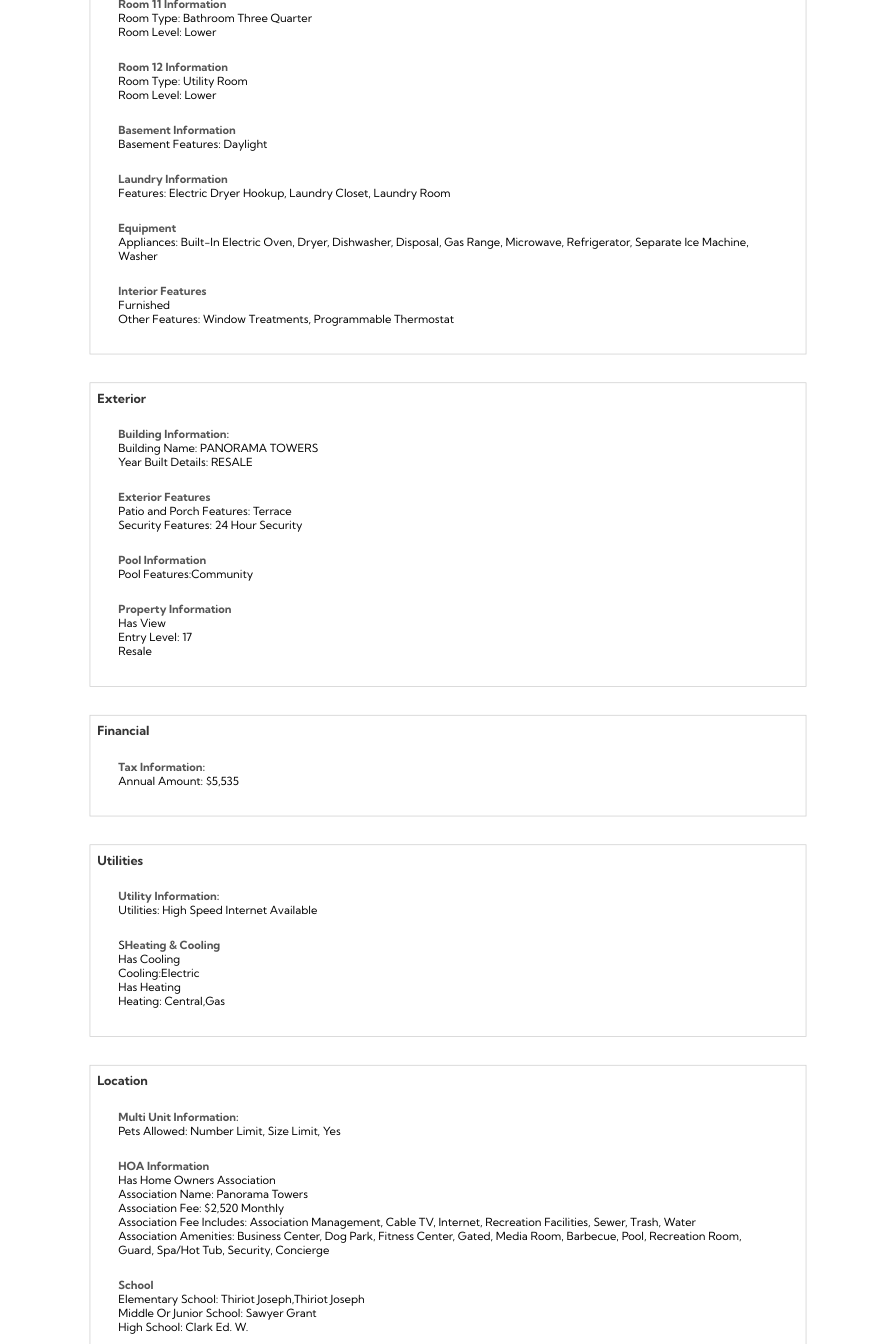
Repository: MrAllin1/ProgWWW_23_Gr1
Page: pages/House1.html
The author's editor kept a copy of each file at every save. The page is drawn from the files as they stood at one save, then again after the next save.
The browser window is 1280 px wide. The pictures show the part of the page from y = 2775 to 4695 px (the page is 5787 px tall before and 5867 px after), at 70% of full size.
A picture or video elsewhere on the page could not be fetched, so the positions and the page height are approximate. Some web libraries are served in a nearby version.

Above is the page before, as saved 2024-01-11 07:53:48.

After the next save:
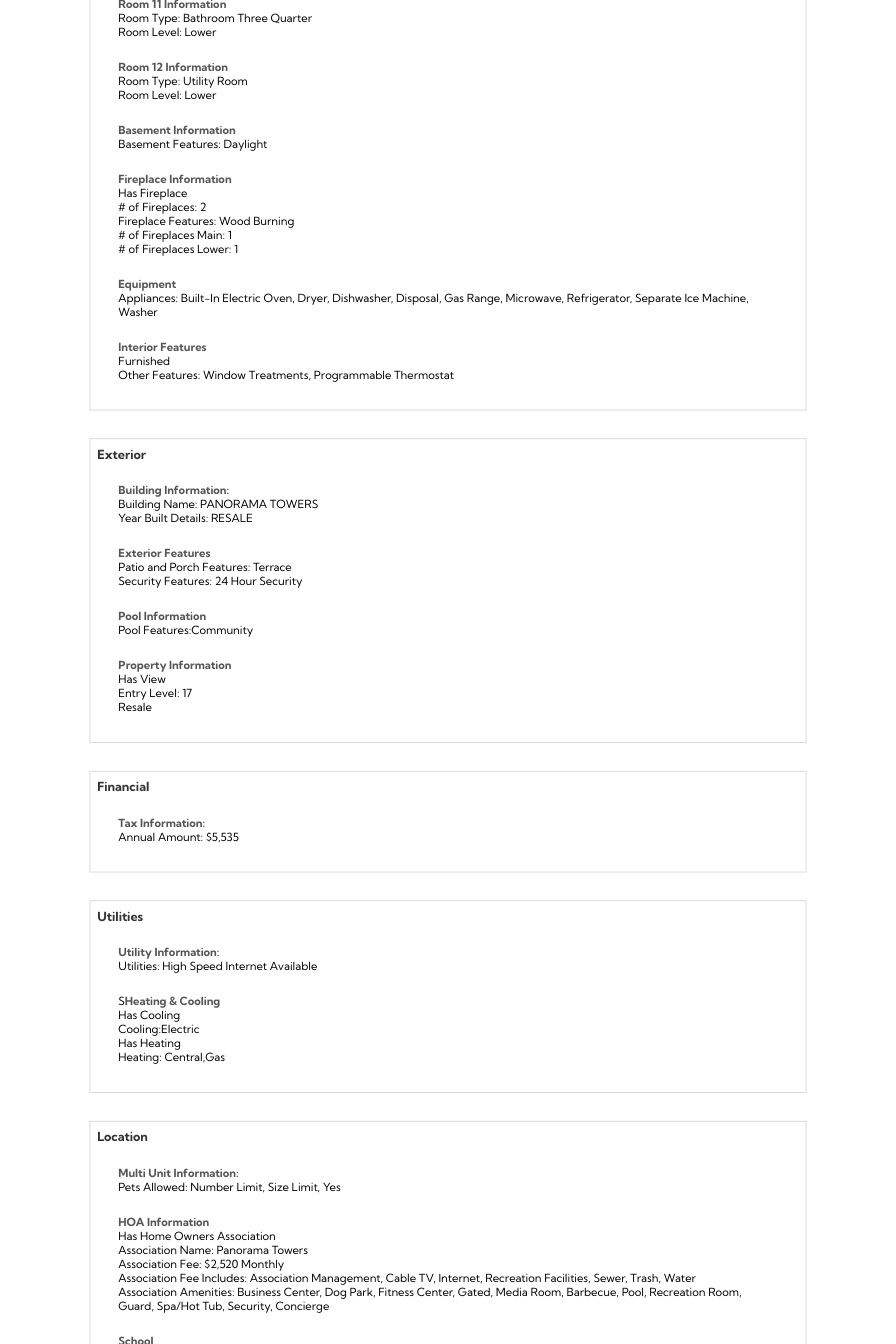
Saved 104 s later.
--- a/pages/House1.html
+++ b/pages/House1.html
@@ -138,8 +138,7 @@
                         <li><strong>Room 11 Information</strong></br> Room Type: Bathroom Three Quarter </br>Room Level: Lower</li>
                         <li><strong>Room 12 Information</strong></br> Room Type: Utility Room</br>Room Level: Lower</li>
                         <li><strong>Basement Information</strong> </br>Basement Features: Daylight</li>
-
-                        <li><strong>Laundry Information</strong></br> Features: Electric Dryer Hookup, Laundry Closet, Laundry Room</li>
+                        <li><strong>Fireplace Information</strong></br> Has Fireplace</br> # of Fireplaces: 2</br>Fireplace Features: Wood Burning</br> # of Fireplaces Main: 1</br> # of Fireplaces Lower: 1</li>
                         <li><strong>Equipment</strong></br> Appliances: Built-In Electric Oven, Dryer, Dishwasher, Disposal, Gas Range, Microwave, Refrigerator, Separate Ice Machine, Washer</li>
                         <li><strong>Interior Features</strong></br>Furnished</br> Other Features: Window Treatments, Programmable Thermostat</li>
                     </ul>
